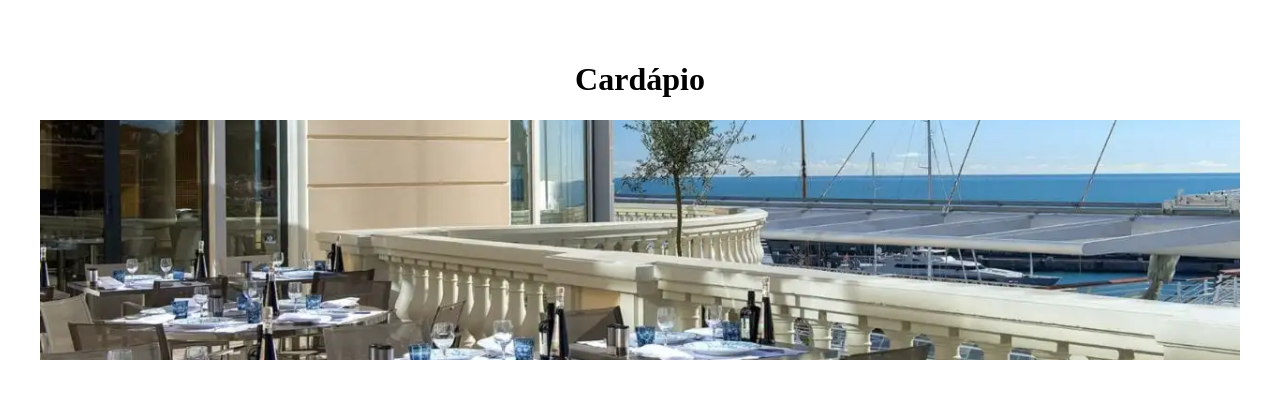
Repository: CarlosEduardoVdeOliveira/cardapio
Page: /
The author's editor kept a copy of each file at every save. The page is drawn from the files as they stood at one save, then again after the next save.
The browser window is 1280 px wide. The pictures show the whole page.
The project was rebuilt for these pictures with package versions that can differ from the ones it lists, and the page was loaded fresh each time. Also part of the build but not shown: vite.config.js.

Above is the page before, as saved 2024-02-02 11:51:55.

After the next save:
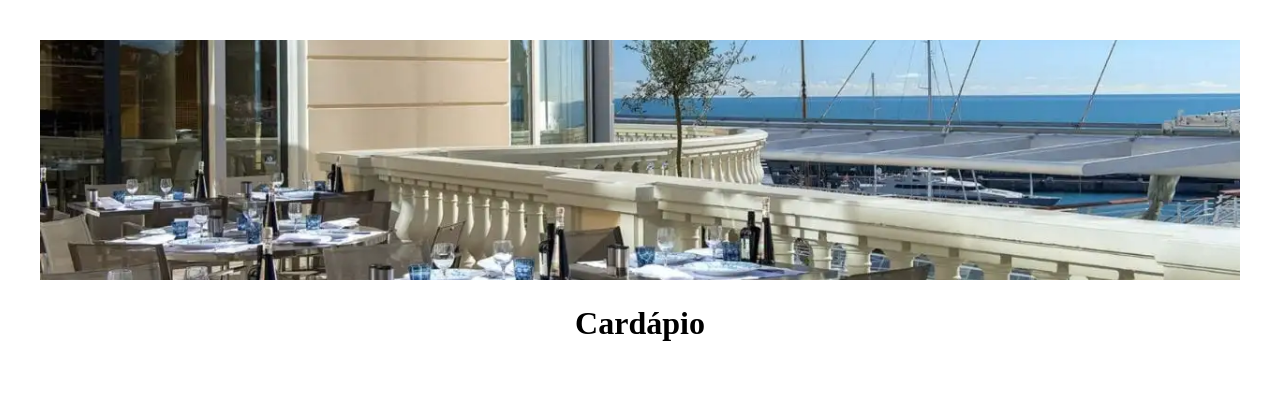
Saved 2 h 27 min later.
--- a/src/App.jsx
+++ b/src/App.jsx
@@ -4,8 +4,8 @@ import banner from "./assets/hashtaurante.webp"
 export function App() {
   return (
     <>
+      <img className="capa" src={banner} alt="imagem do restaurante em Monaco, França, em frente ao mar" />
       <h1>Cardápio</h1>
-      <img className="capa" src={banner} alt="imagem do restaurante em Monaco, França, em frente ao mar" />
     </>
   )
 }
